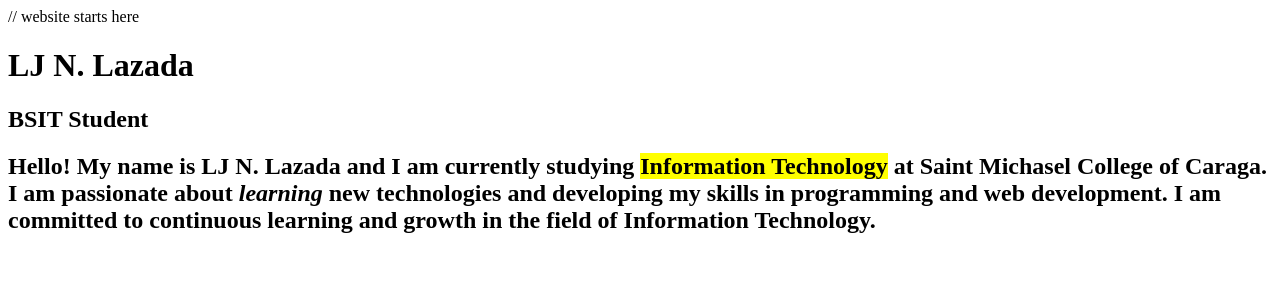
Repository: ljlazada11/myfirsthtml
Page: index.html
An editor plug-in stored every save of this project. The page is shown before and after the next save, followed by the edit.
The browser window is 1280 px wide. The pictures show the whole page.

Above is the page before, as saved 2026-06-24 18:40:26.

After the next save:
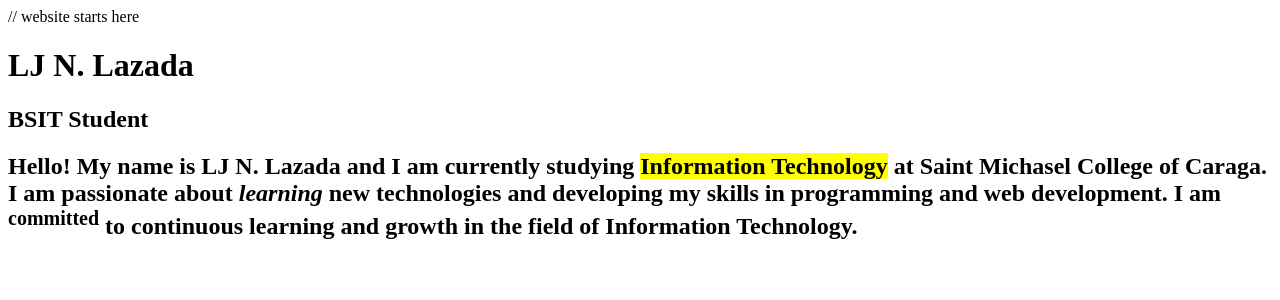
Saved 75 s later.
--- a/index.html
+++ b/index.html
@@ -11,7 +11,7 @@
 <body>
     <h1>LJ N. Lazada</h1>
     <h2>BSIT Student</h2>
-    <h2>Hello! My name is <strong>LJ N. Lazada</strong> and I am currently studying <mark>Information Technology</mark> at Saint Michasel College of Caraga. I am passionate about <i>learning</i> new technologies and developing my skills in programming and web development. I am <b>committed</b> to continuous learning and growth in the field of Information Technology.</h2>
+    <h2>Hello! My name is <strong>LJ N. Lazada</strong> and I am currently studying <mark>Information Technology</mark> at Saint Michasel College of Caraga. I am passionate about <i>learning</i> new technologies and developing my skills in programming and web development. I am <sup>committed</sup> to continuous learning and growth in the field of Information Technology.</h2>
 
 
 </body>

After the save that followed:
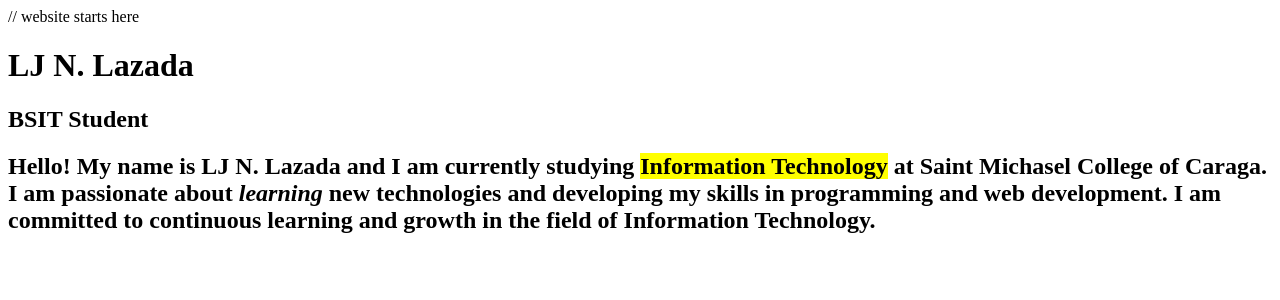
Saved 118 s later.
--- a/index.html
+++ b/index.html
@@ -11,7 +11,7 @@
 <body>
     <h1>LJ N. Lazada</h1>
     <h2>BSIT Student</h2>
-    <h2>Hello! My name is <strong>LJ N. Lazada</strong> and I am currently studying <mark>Information Technology</mark> at Saint Michasel College of Caraga. I am passionate about <i>learning</i> new technologies and developing my skills in programming and web development. I am <sup>committed</sup> to continuous learning and growth in the field of Information Technology.</h2>
+    <h2>Hello! My name is <strong>LJ N. Lazada</strong> and I am currently studying <mark>Information Technology</mark> at Saint Michasel College of Caraga. I am passionate about <i>learning</i> new technologies and developing my skills in programming and web development. I am committed to continuous learning and growth in the field of Information Technology.</h2>
 
 
 </body>
